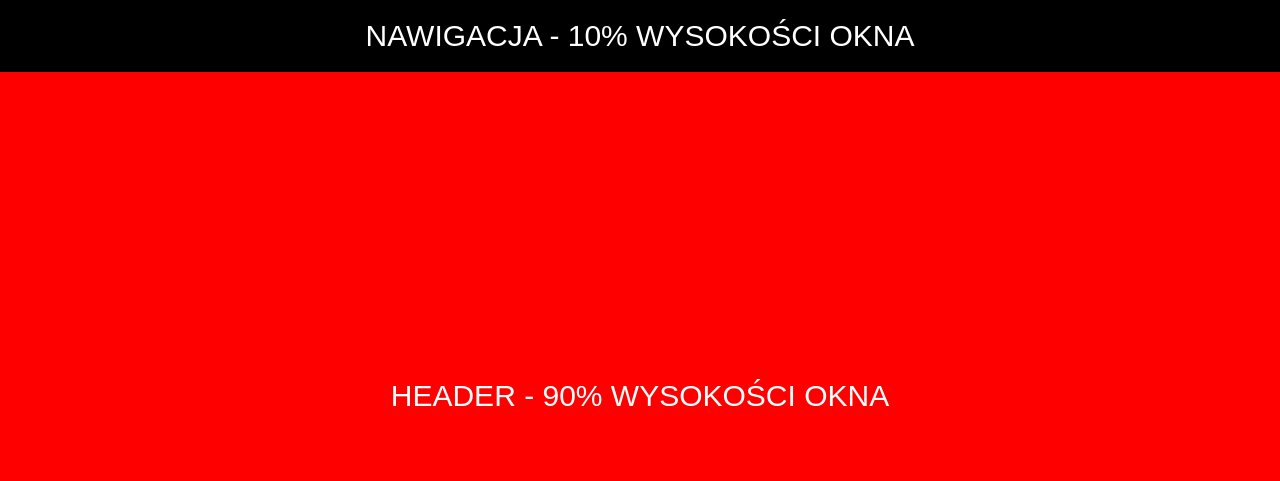
Repository: jasonj2333/advance_CSS
Page: 01-Header, Nav/start.html
The author's editor kept a copy of each file at every save. The page is drawn from the files as they stood at one save, then again after the next save.
The browser window is 1280 px wide. The pictures show the window.
A layer covers the whole window, so only the first screen is drawn.

Above is the page before, as saved 2019-04-23 19:19:05.

After the next save:
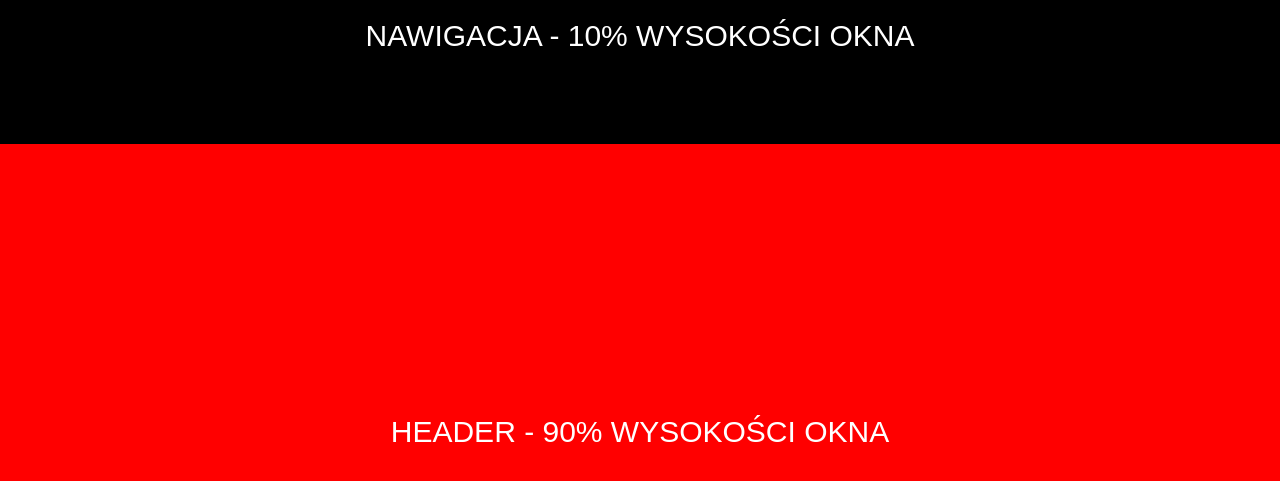
Saved 13 s later.
--- a/01-Header, Nav/start.html
+++ b/01-Header, Nav/start.html
@@ -12,8 +12,8 @@
         }
 
         :root {
-            --navHeight: 10vh;
-            --headerHeight: 90vh
+            --navHeight: 20vh;
+            --headerHeight: 80vh
         }
 
         html {

After the save that followed:
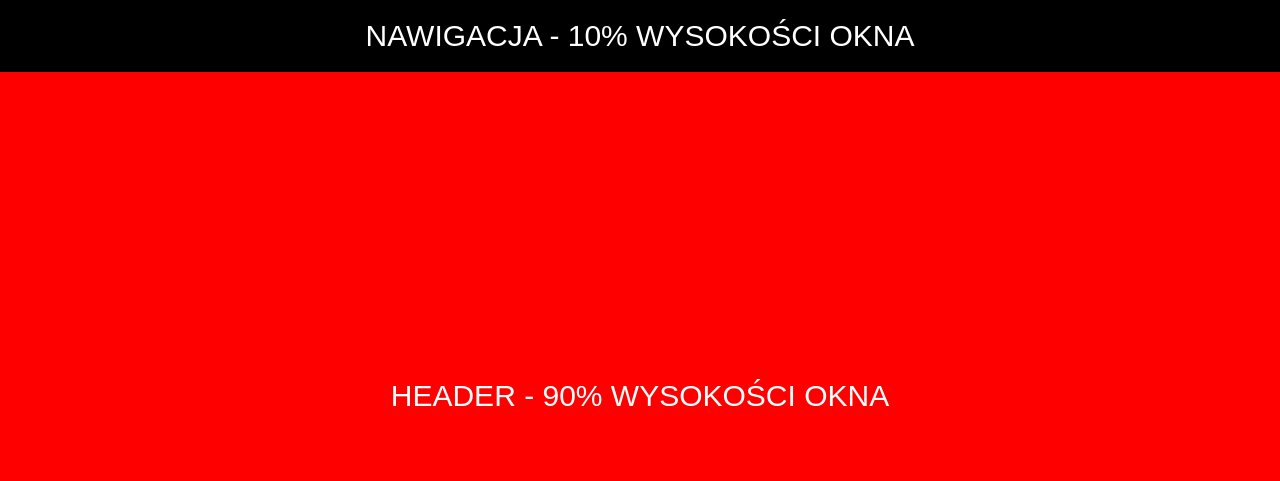
Saved 49 s later.
--- a/01-Header, Nav/start.html
+++ b/01-Header, Nav/start.html
@@ -12,8 +12,8 @@
         }
 
         :root {
-            --navHeight: 20vh;
-            --headerHeight: 80vh
+            --navHeight: 10vh;
+            --headerHeight: calc(100vh - var(--navHeight));
         }
 
         html {
